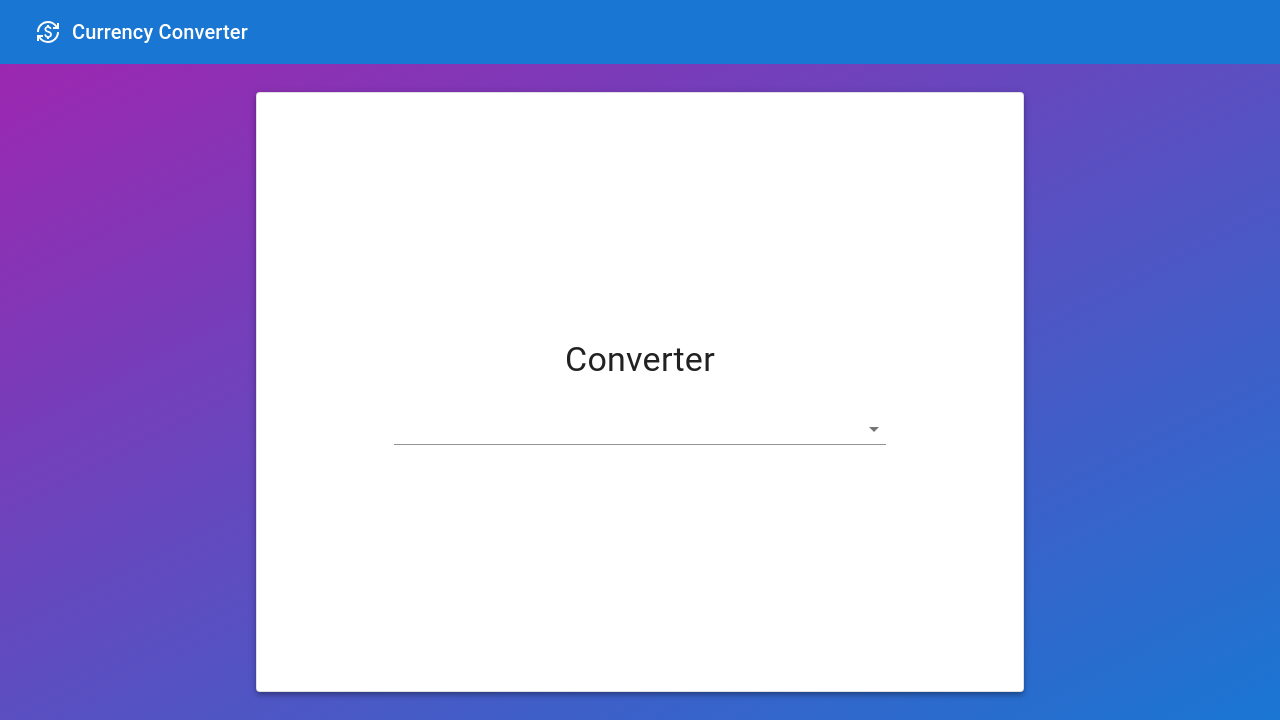
Repository: rutsguifd/currency-converter
Page: /
These files come from the project's save history. The page is drawn as it stood at one moment and after the next save; the edit follows.
The browser window is 1280 px wide. The pictures show the whole page.
The project was rebuilt for these pictures with package versions that can differ from the ones it lists, and the page was loaded fresh each time. Also part of the build but not shown: src/components/ErrorBoundary.jsx.

Above is the page before, as saved 2023-03-28 00:03:16.

After the next save:
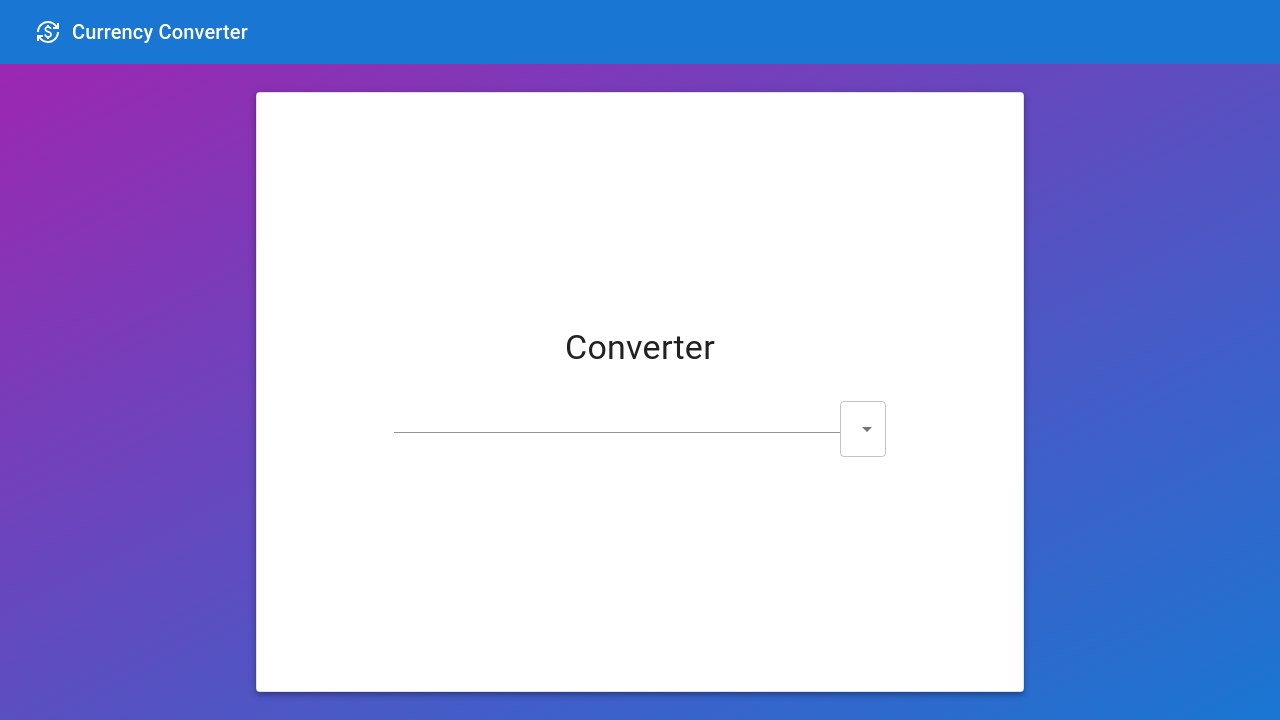
Saved 10 s later.
--- a/src/components/Convert.jsx
+++ b/src/components/Convert.jsx
@@ -38,7 +38,6 @@ const Convert = () => {
       <Box display="flex" flexDirection="row" width="70%">
         <TextField variant="standard" sx={{ width: "100%" }} />
         <Select
-          variant="standard"
           id="demo-simple-select"
           value={currentCurrency}
           label="Age"
